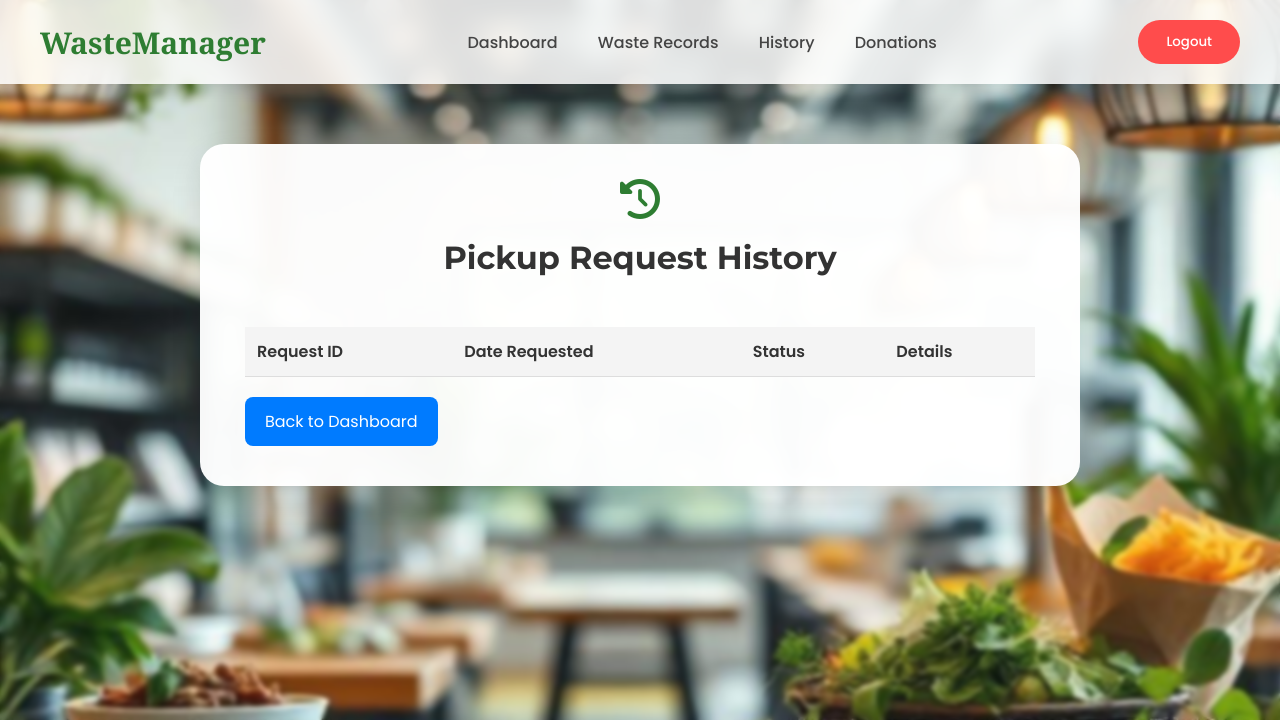
Repository: mahekagrawal25/restaurant-waste-management
Page: frontend/request-history.html
The author's editor kept a copy of each file at every save. The page is drawn from the files as they stood at one save, then again after the next save.
The browser window is 1280 px wide. The pictures show the whole page.

Above is the page before, as saved 2025-04-25 22:19:42.
Console error: TypeError: Cannot read properties of null (reading 'getElementsByTagName')

After the next save:
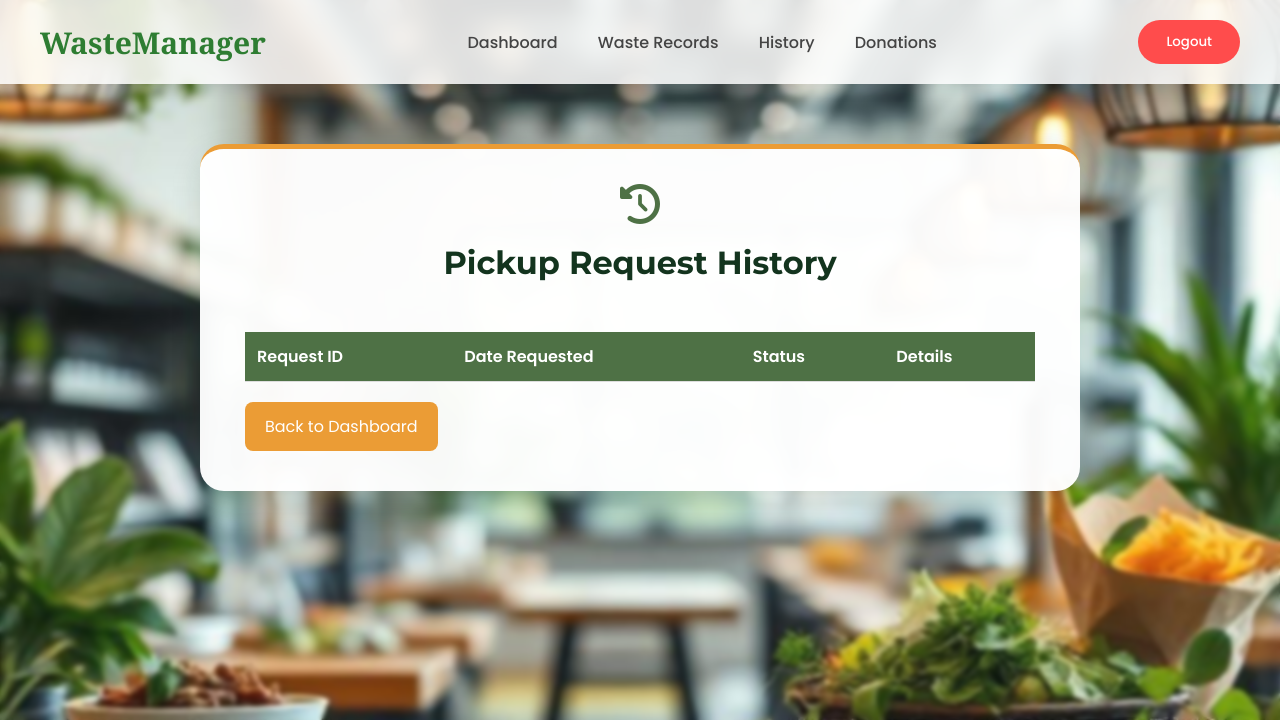
Saved 68 s later.
--- a/frontend/request-history.html
+++ b/frontend/request-history.html
@@ -39,11 +39,12 @@
     .request-history-card {
       background: rgba(255, 255, 255, 0.97);
       border-radius: 24px;
-      box-shadow: 0 12px 30px rgba(0, 0, 0, 0.12);
+      box-shadow: 0 12px 30px rgba(19, 52, 30, 0.15);
       width: 100%;
       max-width: 880px;
       padding: 40px 45px;
       box-sizing: border-box;
+      border-top: 5px solid var(--gamboge);
     }
 
     .card-header {
@@ -54,6 +55,12 @@
     .card-header h1 {
       font-size: 2rem;
       margin: 12px 0;
+      color: var(--dark-green);
+    }
+
+    .card-header i {
+      color: var(--fern-green);
+      font-size: 2.5rem;
     }
 
     .table-container {
@@ -73,13 +80,18 @@
     }
 
     th {
-      background-color: #f4f4f4;
+      background-color: var(--fern-green);
+      color: white;
+    }
+
+    tr:hover {
+      background-color: rgba(232, 240, 230, 0.5);
     }
 
     .btn-back {
       display: inline-block;
       padding: 12px 20px;
-      background-color: #007bff;
+      background-color: var(--gamboge);
       color: white;
       font-size: 1rem;
       border: none;
@@ -87,14 +99,25 @@
       cursor: pointer;
       text-decoration: none;
       margin-top: 20px;
+      transition: all 0.3s ease;
     }
 
     .btn-back:hover {
-      background-color: #0056b3;
+      background-color: var(--sinopia);
+      transform: translateY(-2px);
     }
 
     .footer {
       display: none;
+    }
+
+    /* Color variables from first file */
+    :root {
+      --dark-green: #13341E;
+      --fern-green: #4E7145;
+      --gamboge: #EB9C35;
+      --sinopia: #C4501B;
+      --sienna: #8A2B13;
     }
   </style>
 </head>
